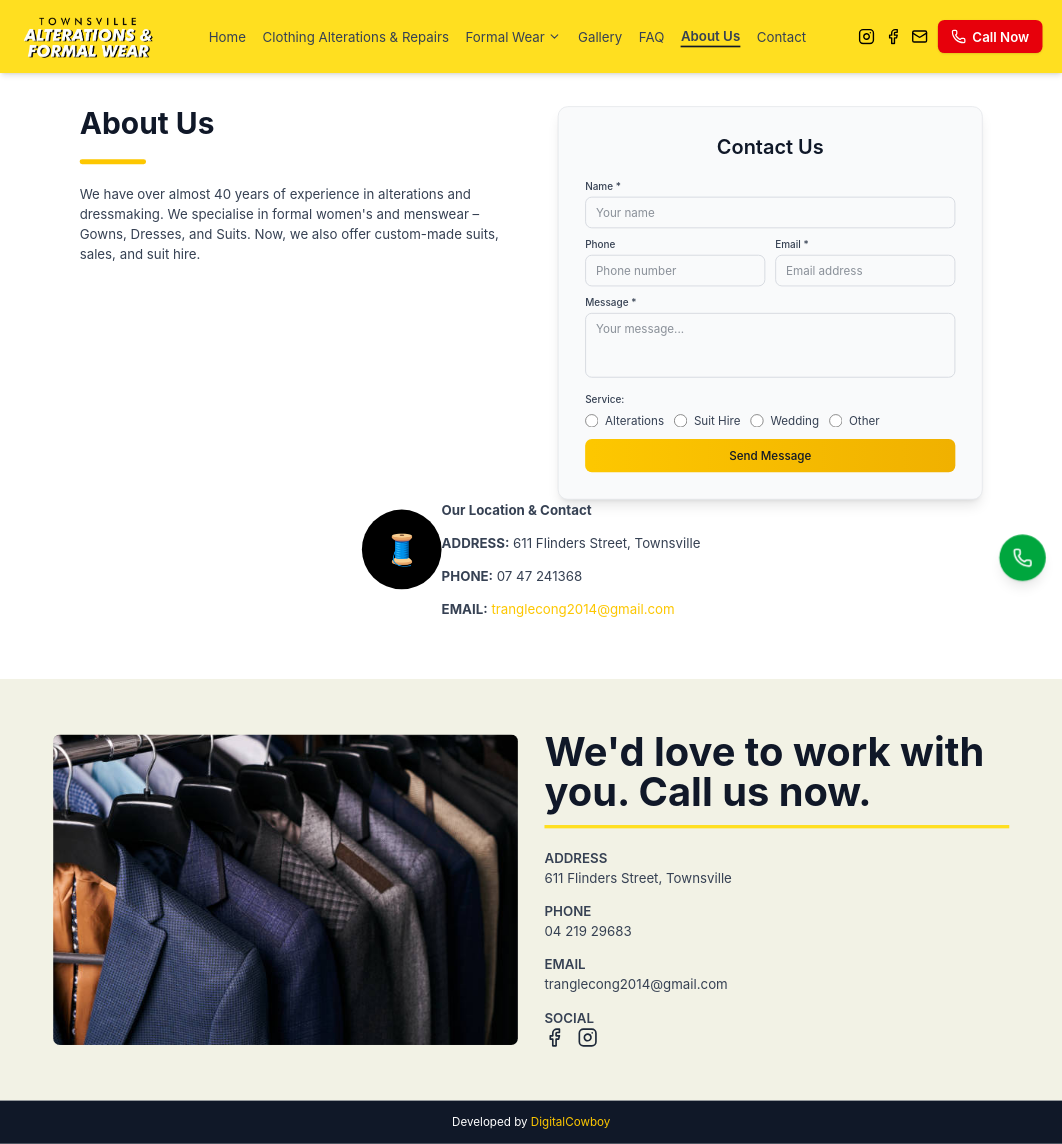
Repository: tarekhasan1/townsville-alteration
Page: /about-us
The author's editor kept a copy of each file at every save. The page is drawn from the files as they stood at one save, then again after the next save.
The browser window is 1280 px wide. The pictures show the whole page, at 83% of full size.
The page's requests for data from a server got no answer. The project was rebuilt for these pictures with package versions that can differ from the ones it lists, and the page was loaded fresh each time. The framework's server and built-in components were replaced by stand-ins that run in the browser. No one was signed in, and anything a server would have sent is missing. Also part of the build but not shown: next.config.ts.

Above is the page before, as saved 2026-01-31 15:59:08.

### src/app/layout.tsx
import type { Metadata } from "next";
import Script from "next/script";
import "./globals.css";
import LayoutShell from "@/components/LayoutShell";
import FloatingCallButton from "@/components/FloatingCallButton";
import AnalyticsTracker from "@/components/AnalyticsTracker";

export const metadata: Metadata = {
  title: "Townsville Alterations and Formal Wear | Tailoring, Suit Hire, Alterations",
  description:
    "Townsville Alterations and Formal Wear - Reinvent Your Wardrobe. Hire or tailor-make outfits that turn heads. Expert suit hire, bridal alterations, and tailoring in Townsville.",
  keywords:
    "Townsville Tailoring, Formal Wear Townsville, Suit Hire, Alterations, Wedding Dress Alterations, Custom Tailoring",
  authors: [{ name: "Townsville Alterations & Formal Wear" }],
  creator: "Townsville Alterations & Formal Wear",
  publisher: "Townsville Alterations & Formal Wear",
  robots: "index, follow",
  icons: "/logo.png",
};

export default function RootLayout({
  children,
}: {
  children: React.ReactNode;
}) {
  return (
    <html lang="en">
      <head>
        {/* Google Tag Manager */}
        <Script
          id="gtm-script"
          strategy="afterInteractive"
          dangerouslySetInnerHTML={{
            __html: `
              (function(w,d,s,l,i){w[l]=w[l]||[];
              w[l].push({'gtm.start': new Date().getTime(),event:'gtm.js'});
              var f=d.getElementsByTagName(s)[0],
              j=d.createElement(s),dl=l!='dataLayer'?'&l='+l:'';
              j.async=true;j.src=
              'https://www.googletagmanager.com/gtm.js?id='+i+dl;
              f.parentNode.insertBefore(j,f);
              })(window,document,'script','dataLayer','GTM-WH7KD8GK');
            `,
          }}
        />
        {/* End Google Tag Manager */}
      </head>

      <body>
        {/* Google Tag Manager (noscript) */}
        <noscript>
          <iframe
            src="https://www.googletagmanager.com/ns.html?id=GTM-WH7KD8GK"
            height="0"
            width="0"
            style={{ display: "none", visibility: "hidden" }}
          />
        </noscript>
        {/* End Google Tag Manager (noscript) */}
        <AnalyticsTracker />

        <LayoutShell>{children}</LayoutShell>

        {/* Global Floating Call Button */}
        <FloatingCallButton />
      </body>
    </html>
  );
}

### src/app/about-us/page.tsx
import AboutUsSection from '@/components/AboutUsSection';
import React from 'react';

const page = () => {
    return (
        <div className='pt-[80px]'>
            <AboutUsSection/>
        </div>
    );
};

export default page;

### src/app/globals.css
@import "tailwindcss";

:root {
  --background: #ffffff;
  --foreground: #171717;
}

body {
  font-family: 'Inter', sans-serif;
  margin: 0;
  padding: 0;
}

### src/components/LayoutShell.tsx
// components/LayoutShell.tsx
'use client';

import { usePathname } from 'next/navigation';
import Navbar from '@/components/Navbar';
import ContactSection from '@/components/ContactSection';
import DevelopedBy from '@/components/DevelopedBy';

export default function LayoutShell({ children }: { children: React.ReactNode }) {
  const pathname = usePathname();
  const isAdminRoute = pathname.startsWith('/admin');

  return (
    <>
      {!isAdminRoute && <Navbar />}
      {children}
      {!isAdminRoute && (
        <>
          <ContactSection />
          <DevelopedBy />
        </>
      )}
    </>
  );
}

### src/components/FloatingCallButton.tsx
'use client';

import { Phone } from 'lucide-react';

export default function FloatingCallButton() {
  return (
    <a
      href="tel:0421929683" // <-- replace with real number
      aria-label="Call us now"
      className="
        fixed
        bottom-5
        right-5
        z-50
        flex
        items-center
        justify-center
        w-14
        h-14
        rounded-full
        bg-green-600
        text-white
        shadow-lg
        hover:bg-green-700
        active:scale-95
        transition
      "
    >
      <Phone className="w-6 h-6" />
    </a>
  );
}

### src/components/AnalyticsTracker.tsx
/* eslint-disable @typescript-eslint/no-explicit-any */
"use client";

import { usePathname } from "next/navigation";
import { useEffect } from "react";

declare global {
  interface Window {
    dataLayer: any[];
  }
}

export default function AnalyticsTracker() {
  const pathname = usePathname();

  useEffect(() => {
    if (typeof window === "undefined") return;
    if (!window.dataLayer) return;

    window.dataLayer.push({
      event: "pageview",
      page_path: pathname,
    });
  }, [pathname]);

  return null;
}

### src/components/AboutUsSection.tsx
/* eslint-disable react/no-unescaped-entities */
'use client';

import ContactForm from '@/components/ContactForm'; // Import the form

export default function AboutUsSection() {
    return (
        <section className="bg-white py-12 px-6 md:px-12 lg:px-24 text-gray-800">
            <div className="max-w-7xl mx-auto">
                <div className="flex flex-col lg:flex-row gap-10 lg:gap-16 items-start">
                    {/* Left Column - About Us Content */}
                    <div className="lg:w-1/2">
                        <div className="text-center lg:text-left">
                            <h2 className="text-3xl md:text-4xl font-bold text-gray-900 mb-4">About Us</h2>
                            <hr className="w-20 border-yellow-400 border-[3px] lg:mx-0 my-6 rounded-full mx-auto" />
                            <p className="text-gray-700 mb-6">
                                We have over almost 40 years of experience in alterations and dressmaking. We specialise in formal
                                women's and menswear – Gowns, Dresses, and Suits. Now, we also offer custom-made suits, sales, and suit hire.
                            </p>
                        </div>
                    </div>

                    {/* Right Column - Contact Form */}
                    <div className="lg:w-1/2 flex items-center justify-center w-full">
                        <div className="bg-gray-50 p-6 md:p-8 rounded-xl shadow-lg border border-gray-200">
                            <ContactForm />
                        </div>
                    </div>
                </div>
                <div className='flex items-center w-full justify-center mx-auto mb-6'>
                    <div className="flex lg:justify-start justify-center mb-6">
                                <div className="w-24 h-24 bg-black rounded-full flex items-center justify-center">
                                    <span className="text-white text-4xl">🧵</span>
                                </div>
                            </div>

                            <div className="text-gray-700 space-y-4">
                                <h3 className="font-bold">Our Location & Contact</h3>
                                <p><strong>ADDRESS:</strong> 611 Flinders Street, Townsville</p>
                                <p><strong>PHONE:</strong> 07 47 241368</p>
                                <a href='mailto:tranglecong2014@gmail.com' className="block hover:text-yellow-600 transition-colors">
                                    <strong>EMAIL:</strong> <span className="text-yellow-400">tranglecong2014@gmail.com</span>
                                </a>
                            </div>
                </div>
            </div>
        </section>
    );
}

### src/components/ContactSection.tsx
'use client';

import Image from 'next/image';
import { Facebook, Instagram } from 'lucide-react';

export default function ContactSection() {
  return (
    <footer
      id="contact"
      aria-labelledby="contact-us"
      className="bg-[#f2f2e5] p-8 md:p-12 lg:p-16"
    >
      <div className="mx-auto grid grid-cols-1 md:grid-cols-2 gap-8 items-center">
        <div className="w-full h-auto relative">
          <Image
            src="/tailored-suit.jpg"
            alt="Tailored suits on hangers"
            width={600}
            height={400}
            className="rounded-lg"
            priority
          />
        </div>
        <div className="space-y-6 text-center md:text-left">
          <h2
            id="contact-us"
            className="text-4xl md:text-5xl font-bold text-gray-900 mb-4"
          >
            We&apos;d love to work with you. Call us now.
          </h2>
          <hr className="border-yellow-300 border-[2px]" />
          <div className="space-y-4 text-gray-700">
            <div>
              <h3 className="font-semibold">ADDRESS</h3>
              <p>611 Flinders Street, Townsville</p>
            </div>
            <div>
              <h3 className="font-semibold">PHONE</h3>
              <p>04 219 29683</p>
            </div>
            <div>
              <h3 className="font-semibold">EMAIL</h3>
              <p>
                <a
                  href="mailto:tranglecong2014@gmail.com"
                  className="hover:text-gray-600"
                  aria-label="Email us at sales@tsvalterationsandformalwear.com"
                >
                  tranglecong2014@gmail.com
                </a>
              </p>
            </div>
            <div>
              <h3 className="font-semibold">SOCIAL</h3>
              <div className="flex justify-center md:justify-start space-x-4 text-xl">
                <a
                  target="_blank"
                  href="https://www.facebook.com/DressmakingAlterationsTownsville"
                  aria-label="Facebook - Townsville Alterations and Formal Wear"
                  className="text-gray-800 hover:text-gray-600"
                >
                  <Facebook size={24} />
                </a>
                <a
                  target="_blank"
                  href="https://www.instagram.com/tsvalterationformal?igsh=bXJkaXp3eXN4Yml2"
                  aria-label="Instagram - Townsville Alterations and Formal Wear"
                  className="text-gray-800 hover:text-gray-600"
                >
                  <Instagram size={24} />
                </a>
              </div>
            </div>
          </div>
        </div>
      </div>
    </footer>
  );
}

### src/components/DevelopedBy.tsx
// components/DevelopedBy.js

import React from 'react';

const DevelopedBy = () => {
  return (
    <footer className="bg-gray-900 text-white text-center py-4">
      <p className="text-sm">
        Developed by{' '}
        <a
          href="https://digitalcowboy.com.au"
          className="text-yellow-400 hover:underline"
          target="_blank"
          rel="noopener noreferrer"
        >
          DigitalCowboy
        </a>
      </p>
    </footer>
  );
};

export default DevelopedBy;

### actions/contact.action.ts
/* eslint-disable @typescript-eslint/no-explicit-any */
/* eslint-disable @typescript-eslint/no-unused-vars */
// lib/contact.actions.ts
'use client';

import {
  collection,
  addDoc,
  getDocs,
  query,
  orderBy,
  where,
  Timestamp,
  updateDoc,
  doc,
  deleteDoc,
  DocumentData,
  QuerySnapshot,
  QueryDocumentSnapshot
} from "firebase/firestore";
import { db } from "@/firebase/config";

export interface ContactMessage {
  id?: string;
  name: string;
  email: string;
  phone: string;
  message: string;
  service?: string;
  status: 'new' | 'responded' | 'archived';
  createdAt: Date;
  respondedAt?: Date;
  adminNotes?: string;
  adminResponder?: string;
}

export interface SubmitContactFormData {
  name: string;
  email: string;
  phone: string;
  message: string;
  service?: string;
}

export interface SubmitResult {
  success: boolean;
  messageId?: string;
  error?: string;
}

export interface FetchMessagesResult {
  messages: ContactMessage[];
  total: number;
}

export interface UpdateMessageData {
  status?: 'new' | 'responded' | 'archived';
  adminNotes?: string;
  adminResponder?: string;
}

// Submit contact form data to database
export const submitContactForm = async (data: SubmitContactFormData): Promise<SubmitResult> => {
  try {
    const messagesRef = collection(db, 'messages');

    const messageData = {
      name: data.name.trim(),
      email: data.email.trim(),
      phone: data.phone?.trim() || '',
      message: data.message.trim(),
      service: data.service?.toLowerCase() || '',
      status: 'new' as const,
      createdAt: Timestamp.now(),
      respondedAt: null,
      adminNotes: '',
      adminResponder: ''
    };

    const docRef = await addDoc(messagesRef, messageData);

    return {
      success: true,
      messageId: docRef.id
    };
  } catch (error) {
    console.error('Error submitting contact form:', error);
    return {
      success: false,
      error: error instanceof Error ? error.message : 'Failed to submit form'
    };
  }
};

// Fetch all messages with optional filtering and sorting
export const fetchMessages = async (
  status?: ContactMessage['status'],
  limit?: number,
  sortBy: 'createdAt' | 'name' = 'createdAt',
  sortOrder: 'asc' | 'desc' = 'desc'
): Promise<FetchMessagesResult> => {
  try {
    const messagesRef = collection(db, 'messages');
    let q = query(messagesRef, orderBy(sortBy, sortOrder));

    if (status) {
      q = query(messagesRef, where('status', '==', status), orderBy(sortBy, sortOrder));
    }

    const snapshot = await getDocs(q);
    let messages = snapshot.docs.map(doc => {
      const data = doc.data();
      return {
        id: doc.id,
        name: data.name,
        email: data.email,
        phone: data.phone,
        message: data.message,
        service: data.service,
        status: data.status,
        createdAt: data.createdAt?.toDate() || new Date(),
        respondedAt: data.respondedAt?.toDate(),
        adminNotes: data.adminNotes,
        adminResponder: data.adminResponder
      };
    });

    if (limit) {
      messages = messages.slice(0, limit);
    }

    return {
      messages,
      total: snapshot.size
    };
  } catch (error) {
    console.error('Error fetching messages:', error);
    throw new Error('Failed to fetch messages');
  }
};

// Fetch a single message by ID
export const fetchMessageById = async (id: string): Promise<ContactMessage | null> => {
  try {
    const messagesRef = collection(db, 'messages');
    const q = query(messagesRef, where('__name__', '==', id));
    const snapshot = await getDocs(q);

    if (snapshot.empty) {
      return null;
    }

    const doc = snapshot.docs[0];
    const data = doc.data();

    return {
      id: doc.id,
      name: data.name,
      email: data.email,
      phone: data.phone,
      message: data.message,
      service: data.service,
      status: data.status,
      createdAt: data.createdAt?.toDate() || new Date(),
      respondedAt: data.respondedAt?.toDate(),
      adminNotes: data.adminNotes,
      adminResponder: data.adminResponder
    };
  } catch (error) {
    console.error('Error fetching message:', error);
    throw new Error('Failed to fetch message');
  }
};

// Update message (admin response)
export const updateMessage = async (
  messageId: string,
  updateData: UpdateMessageData
): Promise<boolean> => {
  try {
    const messageRef = doc(db, 'messages', messageId);

    const updateObject: any = {};

    if (updateData.status) {
      updateObject.status = updateData.status;
      if (updateData.status === 'responded') {
        updateObject.respondedAt = Timestamp.now();
      }
    }

    if (updateData.adminNotes !== undefined) {
      updateObject.adminNotes = updateData.adminNotes;
    }

    if (updateData.adminResponder !== undefined) {
      updateObject.adminResponder = updateData.adminResponder;
    }

    await updateDoc(messageRef, updateObject);
    return true;
  } catch (error) {
    console.error('Error updating message:', error);
    throw new Error('Failed to update message');
  }
};

// Mark message as responded
export const markAsResponded = async (
  messageId: string,
  adminName: string,
  adminNotes?: string
): Promise<boolean> => {
  try {
    const messageRef = doc(db, 'messages', messageId);

    await updateDoc(messageRef, {
      status: 'responded',
      respondedAt: Timestamp.now(),
      adminResponder: adminName,
      adminNotes: adminNotes || ''
    });

    return true;
  } catch (error) {
    console.error('Error marking message as responded:', error);
    throw new Error('Failed to mark message as responded');
  }
};

// Delete message
export const deleteMessage = async (messageId: string): Promise<boolean> => {
  try {
    const messageRef = doc(db, 'messages', messageId);
    await deleteDoc(messageRef);
    return true;
  } catch (error) {
    console.error('Error deleting message:', error);
    throw new Error('Failed to delete message');
  }
};

// Archive message
export const archiveMessage = async (messageId: string): Promise<boolean> => {
  try {
    return await updateMessage(messageId, { status: 'archived' });
  } catch (error) {
    console.error('Error archiving message:', error);
    throw new Error('Failed to archive message');
  }
};

// Get message statistics
export const getMessageStats = async (): Promise<{
  total: number;
  new: number;
  responded: number;
  archived: number;
}> => {
  try {
    const messagesRef = collection(db, 'messages');
    const snapshot = await getDocs(messagesRef);

    const stats = {
      total: 0,
      new: 0,
      responded: 0,
      archived: 0
    };

    snapshot.forEach(doc => {
      const data = doc.data();
      stats.total++;

      switch (data.status) {
        case 'new':
          stats.new++;
          break;
        case 'responded':
          stats.responded++;
          break;
        case 'archived':
          stats.archived++;
          break;
      }
    });

    return stats;
  } catch (error) {
    console.error('Error fetching message stats:', error);
    throw new Error('Failed to fetch message statistics');
  }
};

// Search messages by name or email
export const searchMessages = async (searchTerm: string): Promise<ContactMessage[]> => {
  try {
    // Note: Firestore doesn't support OR queries directly with different fields
    // We'll fetch all and filter client-side for small datasets
    // For larger datasets, consider using a search index like Algolia

    const messagesRef = collection(db, 'messages');
    const snapshot = await getDocs(messagesRef);

    const searchLower = searchTerm.toLowerCase();

    const messages = snapshot.docs
      .map(doc => {
        const data = doc.data();
        return {
          id: doc.id,
          name: data.name,
          email: data.email,
          phone: data.phone,
          message: data.message,
          service: data.service,
          status: data.status,
          createdAt: data.createdAt?.toDate() || new Date(),
          respondedAt: data.respondedAt?.toDate(),
          adminNotes: data.adminNotes,
          adminResponder: data.adminResponder
        };
      })
      .filter(message =>
        message.name.toLowerCase().includes(searchLower) ||
        message.email.toLowerCase().includes(searchLower) ||
        message.message.toLowerCase().includes(searchLower)
      );

    return messages;
  } catch (error) {
    console.error('Error searching messages:', error);
    throw new Error('Failed to search messages');
  }
};

### src/firebase/config.ts
// Import the functions you need from the SDKs you need
import { initializeApp } from "firebase/app";
import { getFirestore } from 'firebase/firestore';
import { getStorage } from 'firebase/storage';
// TODO: Add SDKs for Firebase products that you want to use
// https://firebase.google.com/docs/web/setup#available-libraries

// Your web app's Firebase configuration
const firebaseConfig = {
  apiKey: process.env.NEXT_PUBLIC_FIREBASE_API_KEY,
  authDomain: process.env.NEXT_PUBLIC_FIREBASE_AUTH_DOMAIN,
  projectId: process.env.NEXT_PUBLIC_FIREBASE_PROJECT_ID,
  storageBucket: process.env.NEXT_PUBLIC_FIREBASE_STORAGE_BUCKET,
  messagingSenderId: process.env.NEXT_PUBLIC_FIREBASE_MESSAGING_SENDER_ID,
  appId: process.env.NEXT_PUBLIC_FIREBASE_APP_ID
};

// Initialize Firebase
const app = initializeApp(firebaseConfig);
export const db = getFirestore(app);
export const storage = getStorage(app);

Loaded but not shown: src/components/ContactForm.tsx (255 lines, source omitted); src/components/Navbar.tsx (201 lines, source omitted)

After the next save:
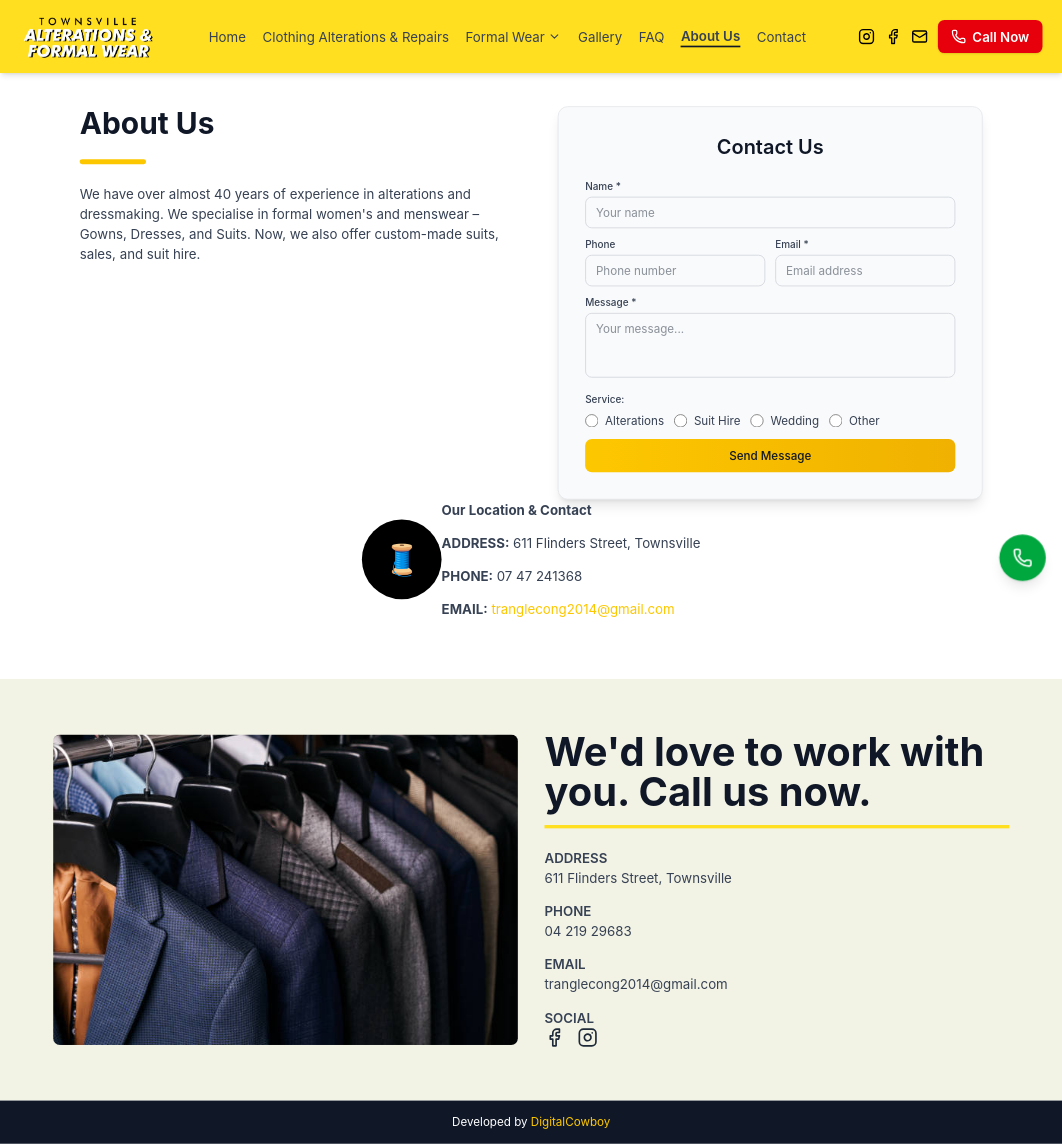
Saved 5 s later.
--- a/src/components/AboutUsSection.tsx
+++ b/src/components/AboutUsSection.tsx
@@ -28,7 +28,7 @@ export default function AboutUsSection() {
                     </div>
                 </div>
                 <div className='flex items-center w-full justify-center mx-auto mb-6'>
-                    <div className="flex lg:justify-start justify-center mb-6">
+                    <div className="flex lg:justify-start justify-center">
                                 <div className="w-24 h-24 bg-black rounded-full flex items-center justify-center">
                                     <span className="text-white text-4xl">🧵</span>
                                 </div>
